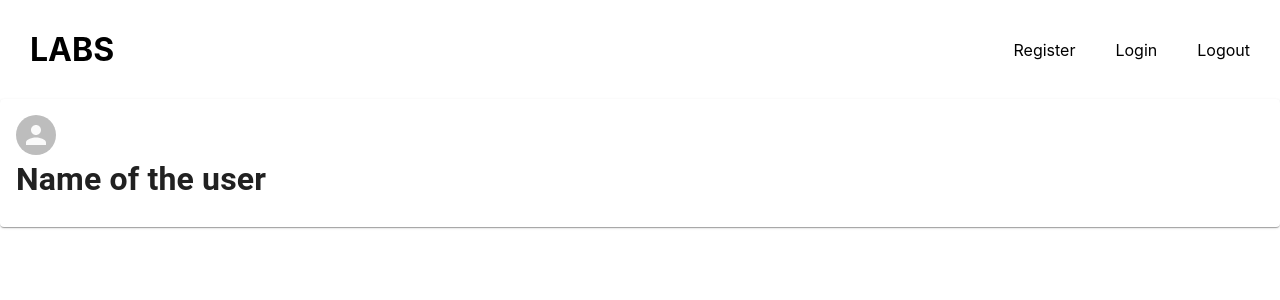
Repository: Prafullkuma/labsdata
Page: /admin
These files come from the project's save history. The page is drawn as it stood at one moment and after the next save; the edit follows.
The browser window is 1280 px wide. The pictures show the whole page.
The project was rebuilt for these pictures with package versions that can differ from the ones it lists, and the page was loaded fresh each time. Also part of the build but not shown: src/App.css, src/Component/Main.js, src/Auth/Login.js, src/Auth/Signup.js, src/Auth/Logout.js.

Above is the page before, as saved 2020-08-25 09:39:13.

### src/App.js
import React from 'react';
import './App.css';
import Nav from './Component/Nav'
import Admin from './Component/Admin'
import Main from './Component/Main'
import Login from './Auth/Login'
import Signup from './Auth/Signup'
import Logout from './Auth/Logout'
import { BrowserRouter as Router, Route } from 'react-router-dom'
function App() {
  return (
    <div className="App">
      <Router>
        <Nav />
        <Route path="/logout" component={Logout} />
        <Route path="/signup" component={Signup} />
        <Route path="/login" component={Login} />
        <Route path="/admin" component={Admin} />
        <Route exact path="/" component={Main} />
      </Router>
    </div>
  );
}

export default App;

### src/Component/Nav.js
import React from 'react'
import './Nav.css'
import { Link } from 'react-router-dom'
function Nav() {
    return (
        <div className="Navbar">
            <h1>LABS</h1>
            <ul>
                <li><Link to="/signup"> Register</Link></li>
                <li><Link to="/login">Login</Link></li>
                <li><Link to="/logout">Logout</Link>
                </li>
            </ul>
        </div>
    )
}

export default Nav

### src/Component/Admin.js
import React from 'react'
import { Avatar, Card, CardContent, Typography } from '@material-ui/core'
import './Admin.css'
function Admin() {
    return (
        <div>
            <Card className="all_data">
                <CardContent>
                    <Typography className="userdata">
                        <Avatar />
                        <h1>Name of the user</h1>
                    </Typography>
                </CardContent>
            </Card>
        </div>
    )
}

export default Admin

### src/Component/Nav.css
.Navbar{
    padding: 30px;
    display: flex;
    justify-content: space-between;
    align-items: center;

}
a{
    text-decoration: none;
    color:black;
    }
ul,li{
    list-style: none;
    float: left;
    margin-left: 40px;
}

### src/Component/Admin.css
.userdata{

}

Loaded but not shown: public/index.html (common file); src/index.js (common file); src/index.css (common file); src/serviceWorker.js (common file); src/Component/Main.css (no stored copy; drawn as an empty file)

After the next save:
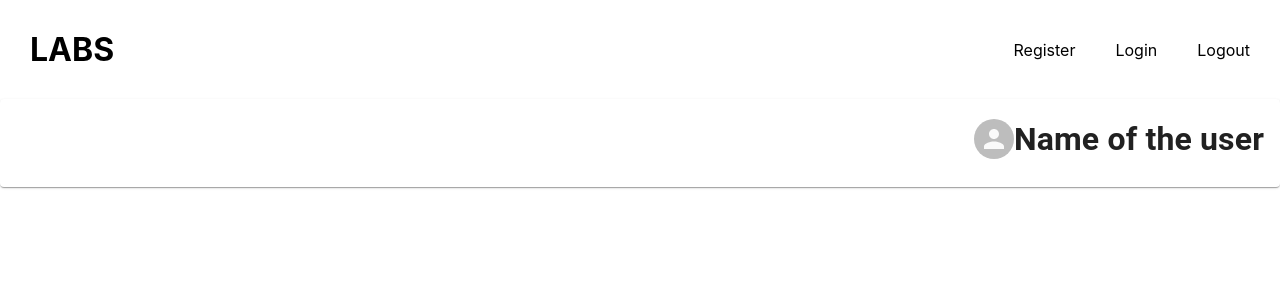
Saved 40 s later.
--- a/src/Component/Admin.css
+++ b/src/Component/Admin.css
@@ -1,3 +1,5 @@
 .userdata{
-
+    display: flex;
+    justify-content: right;
+    align-items: center;
 }
